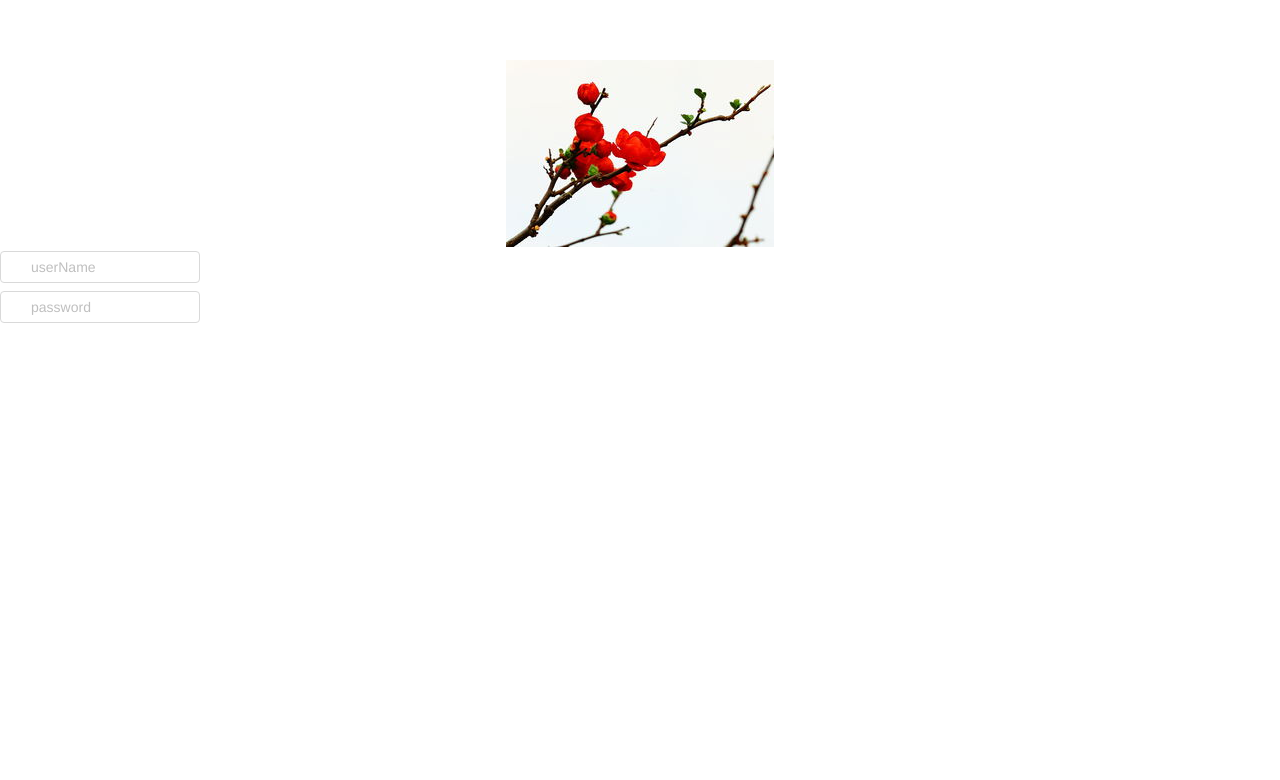
Repository: zhongdm/vue-vuex-antd
Page: /
An editor plug-in stored every save of this project. The page is shown before and after the next save, followed by the edit.
The browser window is 1280 px wide. The pictures show the whole page.
The project was rebuilt for these pictures with package versions that can differ from the ones it lists, and the page was loaded fresh each time.

Above is the page before, as saved 2019-03-13 15:02:08.

### index.html
<!DOCTYPE html>
<html>
  <head>
    <meta charset="utf-8">
    <meta name="viewport" content="width=device-width,initial-scale=1.0">
    <title>vue-vuex-antd</title>
  </head>
  <body>
    <div id="app"></div>
    <!-- built files will be auto injected -->
  </body>
</html>

### src/main.js
// The Vue build version to load with the `import` command
// (runtime-only or standalone) has been set in webpack.base.conf with an alias.
import Vue from 'vue'
import App from './App'
import router from './router'
import TestPlugin from './plugins-custom/TestPlugin'
import Antd from 'ant-design-vue'
import 'ant-design-vue/dist/antd.css'

Vue.config.productionTip = false
Vue.use(TestPlugin)
Vue.use(Antd)

/* eslint-disable no-new */
new Vue({
  el: '#app',
  router,
  components: { App },
  template: '<App/>'
})

### src/App.vue
<template>
  <div id="app">
    <img src="./assets/images/plum.jpg">
    <router-view/>
  </div>
</template>

<script>
export default {
  name: 'App'
}
</script>

<style>
#app {
  font-family: 'Avenir', Helvetica, Arial, sans-serif;
  -webkit-font-smoothing: antialiased;
  -moz-osx-font-smoothing: grayscale;
  text-align: center;
  color: #2c3e50;
  margin-top: 60px;
}
</style>

### src/router/index.js
import Vue from 'vue'
import Router from 'vue-router'

Vue.use(Router)

const router = new Router({
  routes: [
    {
      path: '/',
      name: 'Login',
      component: () => import('@/pages/Login')
    },
    {
      path: '/Home',
      name: 'Home',
      component: () => import('@/pages/Home/Home')
    }
  ]
})

router.beforeEach((to, from, next) => {
  console.log(to.path, from)
  next()
})
export default router

### src/plugins-custom/TestPlugin.js
let TestPlugin = {}
TestPlugin.install = function (Vue, options) {
  Vue.istest = function () {
    console.log('plugin test success')
  }
  Vue.prototype.logining = function () {
    console.log('loging')
  }
}

export default TestPlugin

### src/pages/Login.vue
<template>
  <div class="form-container">
    <a-form>
      <a-form-item>
        <a-input
          placeholder="userName">
          <a-icon slot="prefix" type="user"></a-icon>
        </a-input>
        <a-input
          placeholder="password">
          <a-icon slot="prefix" type="lock"></a-icon>
        </a-input>
      </a-form-item>
    </a-form>
  </div>
</template>

<script>
export default {
  data () {
    return {
    }
  },
  mounted () {
  },
  methods: {
    handleLogin () {
      this.$router.push('/Home')
    }
  }
}
</script>

<style lang="stylus" scoped>
  .form-container
    width 200px
</style>

After the next save:
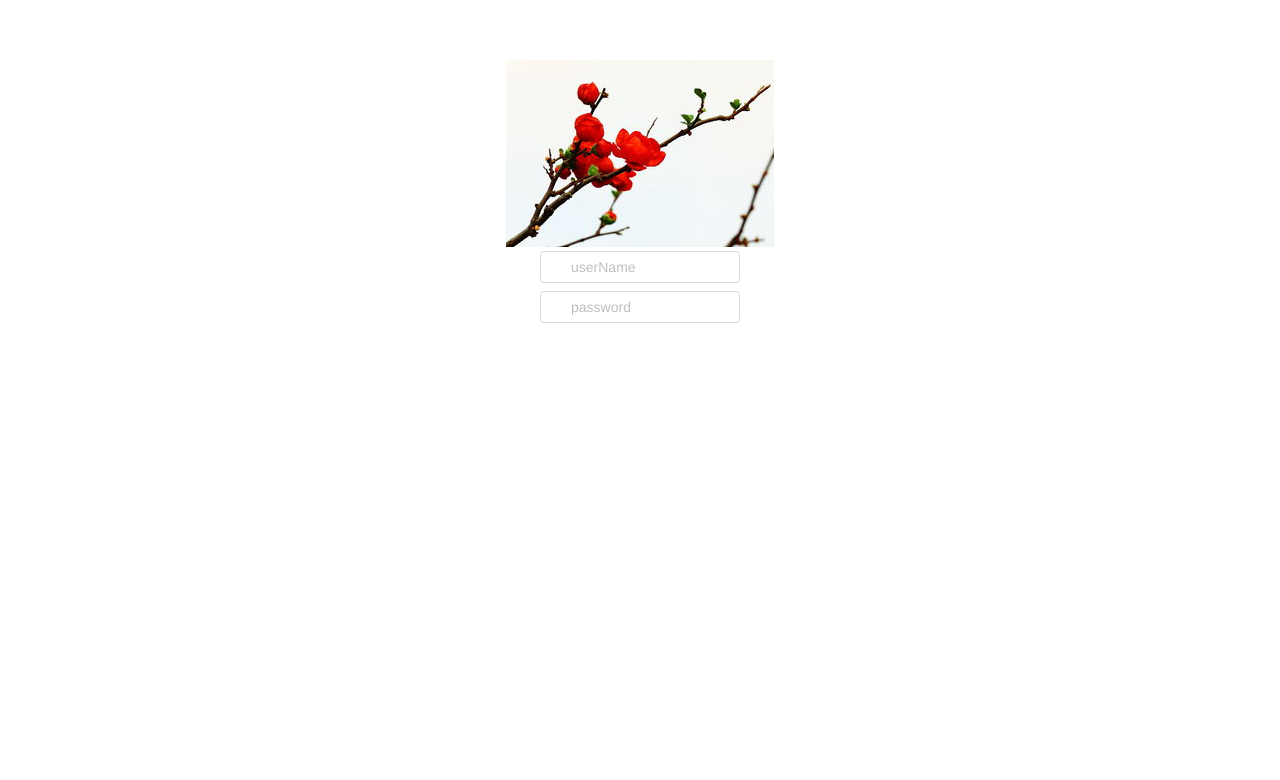
Saved 11 s later.
--- a/src/pages/Login.vue
+++ b/src/pages/Login.vue
@@ -34,4 +34,5 @@ export default {
 <style lang="stylus" scoped>
   .form-container
     width 200px
+    margin 0 auto
 </style>
